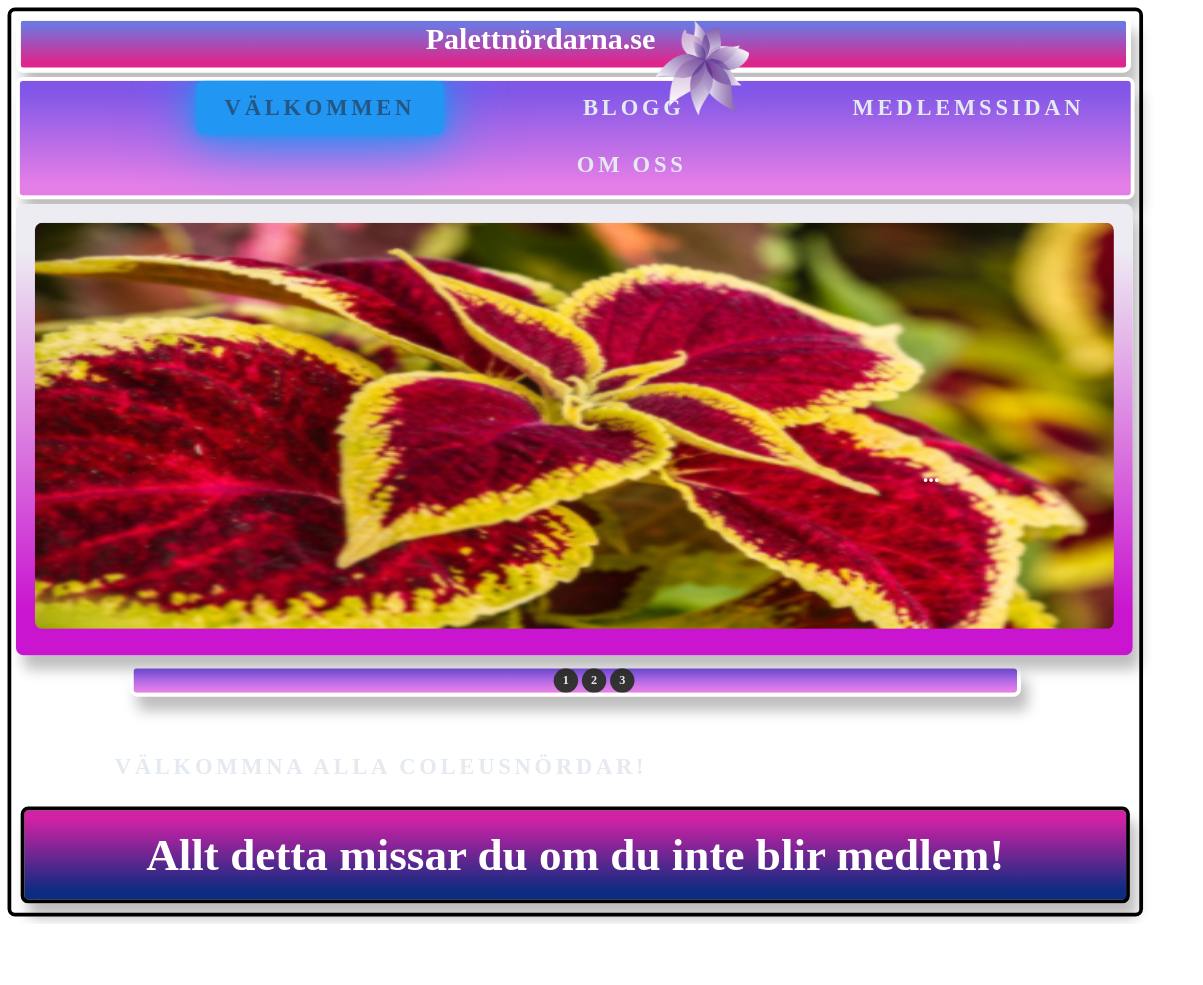
Repository: Webutveckling-20-21/lektion-3-CSS
Page: valkommen.html
These files come from the project's save history. The page is drawn as it stood at one moment and after the next save; the edit follows.
The browser window is 1280 px wide. The pictures show the whole page, at 94% of full size.
The pointer rests on the first visible `a`.
Some web fonts or font styles are not loaded; a fallback is used.

Above is the page before, as saved 2021-10-15 16:38:34.

### valkommen.html
<!DOCTYPE html>
<html lang="en">
<head>
    <meta charset="UTF-8">
    <meta http-equiv="X-UA-Compatible" content="IE=edge">
    <meta name="viewport" content="width=device-width, initial-scale=1.0">
    <link rel="stylesheet" href="style5.css">
    <title>Välkommen palettnördarna</title>
</head>
<body>
   <div class="header">

      <h1>Palettnördarna.se</h1>
      <div class="logo">
          <img src="images/logga1.svg" alt="logga" class="logo-img">
      </div>

  </div>

  <ul class="navbar">

      <li class="nav-list">
        <li>
        <a href="valkommen.html"> välkommen</a></li>
        <li>
          <a href="blogg.html">Blogg</a>
      </li>
      <li><a href="medlemssidan.html">Medlemssidan</a></li>
      <li><a href="om oss.html">Om oss</a></li>

  </ul>
  <div class="slider-wrapper">
   <div class="slider">
     <input type="radio" name="slider" class="trigger" id="one" checked="checked" />
     <div class="slide">
       <figure class="slide-figure">
         <img class="slide-img" src="images/col2bild1.jpg" />
         <figcaption class="slide-caption"><p>...</p></figcaption>
       </figure><!-- .slide-figure -->
     </div><!-- .slide -->
     <input type="radio" name="slider" class="trigger" id="two" />
     <div class="slide">
       <figure class="slide-figure">
         <img class="slide-img" src="images/col11bild2.jpg" />
         <figcaption class="slide-caption"><p>...</p></figcaption>
       </figure><!-- .slide-figure -->
     </div><!-- .slide -->
     <input type="radio" name="slider" class="trigger" id="three" />
     <div class="slide">
       <figure class="slide-figure">
         <img class="slide-img" src="images/col6bild3.jpg" />
         <figcaption class="slide-caption"><p>...</p></figcaption>
       </figure><!-- .slide-figure -->
     </div><!-- .slide -->
   </div><!-- .slider -->
   <div class="slider-counter">
   <ul class="slider-nav">
     <li class="slider-nav__item"><label class="slider-nav__label" for="one">1</label></li>
     <li class="slider-nav__item"><label class="slider-nav__label" for="two">2</label></li>
     <li class="slider-nav__item"><label class="slider-nav__label" for="three">3</label></li>
   </ul>

  </div>
  <br> <br> <br>

 </div>

 <br>
 <br>
 <br>
 <br>
 <br>
 <div class="light-button ">
   <a href="#"> Välkommna alla coleusnördar!
    <span></span>
    <span>V</span>
    <span></span>
    <span></span>
</a>
</div>
     <footer class="footer-place"> Allt detta missar du om du inte blir medlem!</footer>

</body>
</html>

### style5.css
@import url('https://fonts.googleapis.com/css2?family=Grechen+Fuemen&display=swap');
@import url('https://fonts.googleapis.com/css2?family=Roboto&display=swap');
@import url('https://fonts.googleapis.com/css2?family=Merriweather:wght@700&display=swap');

body {
    font-family: 'Grechen Fuemen', cursive;
    font-weight: bolder;
    border: 4px solid black;
    border-radius: 8px;
    max-width: 1200px;
}

.header {
    display: flex;
    width: 98%;
    height: 50px;
    border: 5px solid white;
    background: linear-gradient(to bottom, #6f76df 10%, #df258b 90%);
    box-shadow: 7.6px 15.2px 15.2px hsl(0deg 0% 0% / 0.26);
    border-radius: 8px;
    justify-content: center;
    margin: 5px;
}

.header h1 {
    margin-top: 1px;
    flex-wrap: wrap;
    font-size:2rem;
    color:white;
    margin-left: 50px;
    z-index: 2;

}

.logo-img {
    border: 0px;
    max-width: 100px;
        margin-right: 20px;

}

.navbar {
   width: auto;
   height: auto;
   display: flex;
   align-items: center;
   justify-content: space-around;
   background-color: #eed9f8;
   margin: 5px;
   border-radius: 8px;
   flex-wrap: wrap;
}

ul {
   list-style-type: none;
   flex-wrap: wrap;
   margin-left: 5;
   margin-right: 5;
   padding: 10;
   width: 90%;
   height: auto;
   overflow: hidden;
   border: 4px solid white;
   background: linear-gradient(to bottom, #8257e7 10%, #e47ee7 90%);
   box-shadow: 7.6px 15.2px 15.2px hsl(0deg 0% 0% / 0.26);
}

.nav-list {
   margin: 5px;
   flex-wrap: wrap;
}

a {
   text-decoration: none;
   font-size: 2rem;
   color: rgb(250, 244, 250);
}

a:hover {
   color: rgb(100, 59, 212);
}



/*img>.slide-img{

   height: 100%;
   width: auto;
   height: auto;
   box-shadow: 7.6px 15.2px 15.2px hsl(0deg 0% 0% / 0.26);
   padding:10px;
}*/
img .slide-image{
   max-width: 95%;
   max-height: auto;
   vertical-align: middle;
   border: radius 20px;
   margin-bottom: 5px;

 }

 .trigger {
   display: none;
 }

 .slider, .slider-wrapper {
   position: relative;
   height: 250px;
 }

 .slide {
  background: linear-gradient(to bottom, #eeecf3 10%, #c915cf 90%);
  box-shadow: 7.6px 15.2px 15.2px hsl(0deg 0% 0% / 0.26);
   width: 99%;
   overflow: hidden;
   position: absolute;
   height: 100%;
   left: 0;
   top: 0;
   z-index: 5000;
   opacity: 0;
   transition: opacity .5s ease-in-out;
   border-radius: 8px;
   margin-left:5px;

 }

 .slide-img {
   filter: brightness(100%);
   object-fit: fill;
   display: block;
   margin:  0  auto;
   border-radius: 8px;


 }
 .slider-counter {
   display:flex;
   justify-content:center;
  margin-top: 5px;

 }

 .slide-figure {
   display:flex;
   justify-content:center;
   height: 90%;
   position: relative;
   margin: 10px;
   padding: 10px;


 }

 .slide-caption {
   position: absolute;
   bottom: 30%;
   width: calc(100% - 1rem);
   color: white;
   text-align: center;
   left: 50%;
 }

 .trigger:checked + .slide {
   z-index: 6000;
   opacity: 1;
 }

 .slider-nav {
   width: 75%;
   text-align: center;
   margin: 1rem 0;
   margin:5px;
   border-radius:8px;
 }

 .slider-nav__item {
   display: inline-block;
 }

 .slider-nav__label {

   font-size: 13px;
   background-color: #333;
   display: block;
   height: 2em;
   line-height: 2em;
   width: 2em;
   text-align: center;
   border-radius: 50%;
   color: rgb(235, 237, 241);
   cursor: pointer;
   transition: background-color .25s, color .25s ease-in-out;

 }

 .slider-nav__label:hover,
 .slider-nav__label:active,
 .slider-nav__label:focus {
   background-color: rgb(218, 20, 125);
   color: black;
 }

 .light-buttons{
   display:flex;
   border: 1px solid black;
   margin:10px;
   color:black;
   display:flex;
   justify-content:center;

 }
  a{
    position: relative;
    display: inline-block;
    padding: 15px 30px;
    color: #e4eaf0;
    text-transform: uppercase;
    letter-spacing: 4px;
    text-decoration: none;
    font-size: 24px;
    font-weight: content;
    overflow: hidden;
    transition: 0.2s;
    margin-left:80px;
    border-radius:8px;

}
a:hover
{
    color: #255784;
    background: #2196F3;
    transition-delay: 1s;
    box-shadow: 0 0 10px #2196F3, 0 0 40px #2196F3, 0 0 80px #2196F3;
}
a span
{
    position: absolute;
    display: block;
}
a span:nth-child(1)
{
    top: 0;
    left: -100%;
    width: 100%;
    height: 2px;
    background: linear-gradient(90deg,transparent,#2196F3);
}
a:hover span:nth-child(1)
{
    left: 100%;
    transition: 1s;
}
a span:nth-child(3)
{
    bottom: 0;
    right: -100%;
    width: 100%;
    height: 2px;
    background: linear-gradient(270deg,transparent,#2196F3);
}
a:hover span:nth-child(3)
{
    right: 100%;
    transition: 1s;
    transition-delay: 0.5s;
}
a span:nth-child(2)
{
    top: -100%;
    right: 0;
    width: 2px;
    height: 100%;
    background: linear-gradient(180deg,transparent,#2196F3);
}
a:hover span:nth-child(2)
{
    top: 100%;
    transition: 1s;
    transition-delay: 0.25s;
}
a span:nth-child(4)
{
    bottom: -100%;
    left: 0;
    width: 2px;
    height: 100%;
    background: linear-gradient(360deg,transparent,#2196F3);
}
a:hover span:nth-child(4)
{
    bottom: 100%;
    transition: 1s;
    transition-delay: 0.75s;
}
.footer-place {
    padding: 20px;
    margin: 10px;
    border: 4px solid black;
    background: linear-gradient(180deg, #d121a5 10%, #0d2b80 90%);
    box-shadow: 7.6px 15.2px 15.2px hsl(0deg 0% 0% / 0.26);
    border-radius: 8px;
    font-size: 3rem;
    text-align: center;
    color: white;
}

/* Portrait and Landscape */
@media only screen and (min-device-width: 320px) and (max-device-width: 480px) and (-webkit-min-device-pixel-ratio: 2) {}
@media only screen and (min-width: 1024px) {
   .slider, .slider-wrapper {
     height: 480px;
   }

   .slide-caption {
     width: 65%;
     font-size: 1.5rem;
   }
 }

 @media only screen and (max-width: 1200px) and (min-width: 768px) {
   .slider, .slider-wrapper {
     height: 360px;
   }

   .slide-caption {
     width: 75%;
     font-size: 1.25rem;
   }
 }

 @media only screen and (min-width: 768px) {
   body{
    @media (min-width: 481px) and (max-width: 1200px) {

      /* CSS */

    }
   }
   .slide-img {
     width: 100%;
     height: auto;
   }
 }

After the next save:
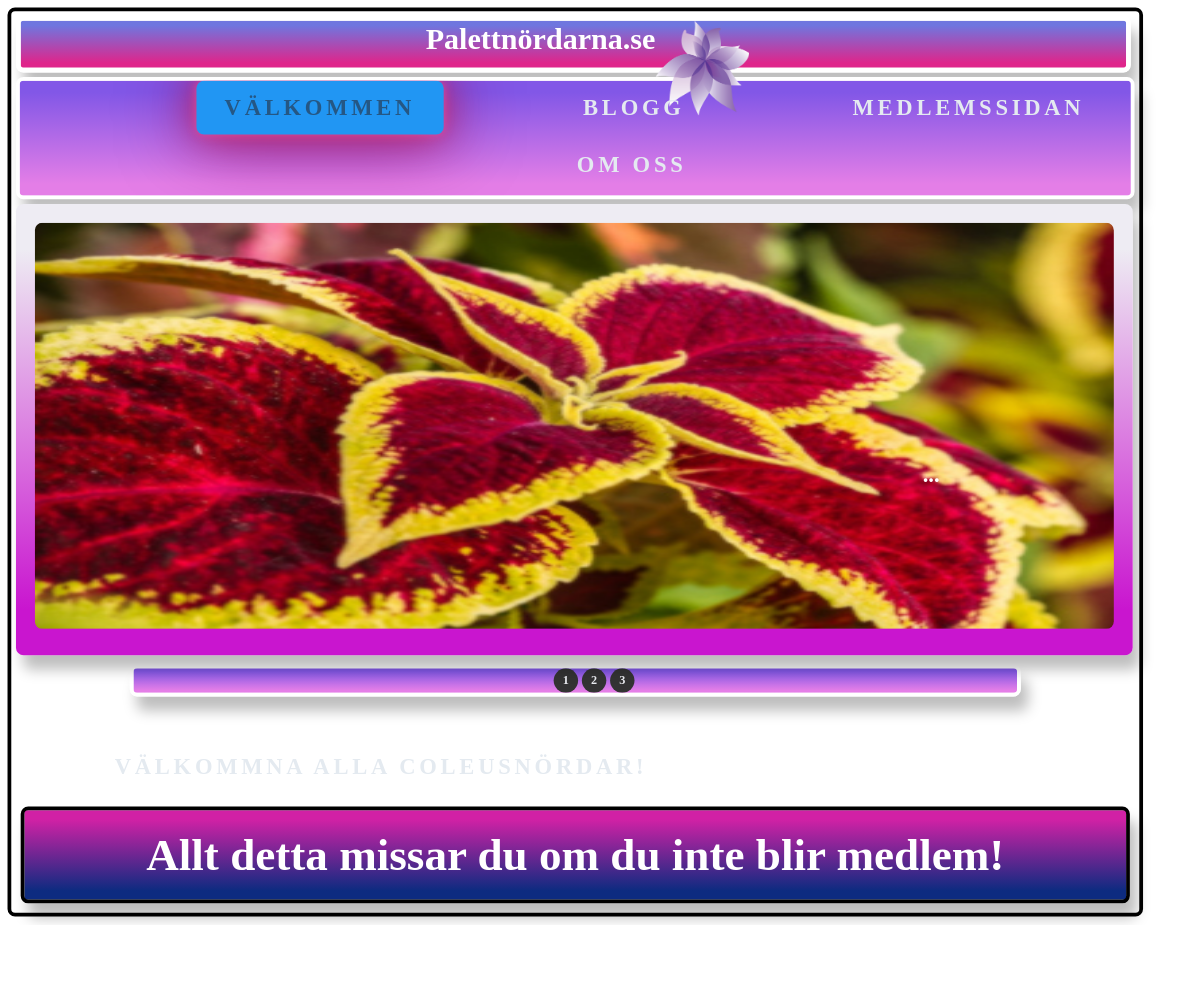
Saved 2 min 2 s later.
--- a/style5.css
+++ b/style5.css
@@ -231,7 +231,7 @@ a:hover
     color: #255784;
     background: #2196F3;
     transition-delay: 1s;
-    box-shadow: 0 0 10px #2196F3, 0 0 40px #2196F3, 0 0 80px #2196F3;
+    box-shadow: 0 0 10px #e74d9a, 0 0 40px #c32964, 0 0 80px #7e035f;
 }
 a span
 {
